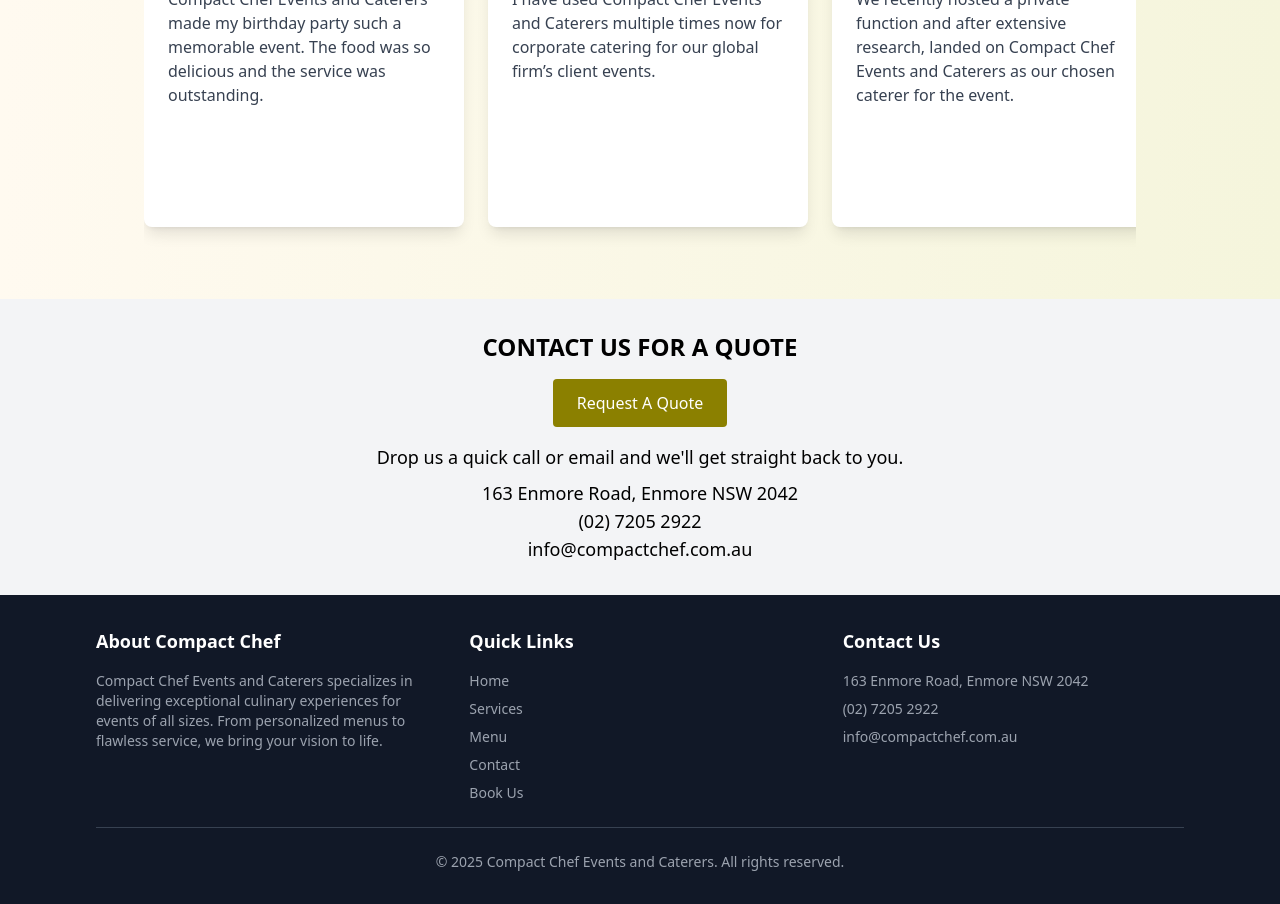
Repository: makanda596/compactchef
Page: /
The author's editor kept a copy of each file at every save. The page is drawn from the files as they stood at one save, then again after the next save.
The browser window is 1280 px wide. The pictures show the part of the page from y = 3001 to 3953 px (the page is 3905 px tall before and 3953 px after).
The project was rebuilt for these pictures with package versions that can differ from the ones it lists, and the page was loaded fresh each time. Also part of the build but not shown: src/pages/Services.jsx, src/pages/Menu.jsx, src/pages/Contact.jsx, src/pages/Book.jsx.

Above is the page before, as saved 2025-01-08 15:19:39.

### public/index.html
<!DOCTYPE html>
<html lang="en">
  <head>
    <meta charset="utf-8" />
    <link rel="icon" href="./logo.jpg" />
    <meta name="viewport" content="width=device-width, initial-scale=1" />

    <link rel="apple-touch-icon" href="./logo.jpg" />


    <title>CompactChef Events</title>
  </head>
  <body>
    <div id="root"></div>
  </body>
</html>

### src/pages/Home.jsx
import React from 'react'
import Hero from '../components/Hero.jsx'
import Client from '../components/Client.jsx'
import About from '../components/About.jsx'
import Reviews from '../components/Reviews.jsx'
import Footer from '../components/Footer.jsx'
import Navbar from '../components/Navbar.jsx'
function Home() {
    return (
        <div>
            <Navbar />
            <Hero />
            <Client />
            <About />
            <Footer />
        </div>
    )
}

export default Home

### src/components/Navbar.jsx
import React, { useState } from "react";
import logo from '../assets/logo.jpg'
const Navbar = () => {
    const [isOpen, setIsOpen] = useState(false);

    return (
        <nav className="bg-gold shadow-lg fixed top-0 z-50 w-full">
            <div className="container mx-auto px-4 flex justify-between items-center h-16">

                <div className="text-white font-bold text-2xl flex space-x-4">
                    <img src={logo} alt="" className="w-10 rounded-lg object-cover" />
                    <p>Compact Chefs</p></div>

                <div className="lg:hidden">
                    <button
                        onClick={() => setIsOpen(!isOpen)}
                        className="text-white focus:outline-none"
                    >
                        <svg
                            className="w-6 h-6"
                            xmlns="http://www.w3.org/2000/svg"
                            fill="none"
                            viewBox="0 0 24 24"
                            stroke="currentColor"
                        >
                            {isOpen ? (
                                <path
                                    strokeLinecap="round"
                                    strokeLinejoin="round"
                                    strokeWidth="2"
                                    d="M6 18L18 6M6 6l12 12"
                                />
                            ) : (
                                <path
                                    strokeLinecap="round"
                                    strokeLinejoin="round"
                                    strokeWidth="2"
                                    d="M4 6h16M4 12h16M4 18h16"
                                />
                            )}
                        </svg>
                    </button>
                </div>

                {/* Links for Desktop */}
                <div className="hidden lg:flex space-x-6">
                    <a href="/" className="text-white hover:underline">
                        Home
                    </a>
                    <a href="services" className="text-white hover:underline">
                        Services
                    </a>
                    <a href="menu" className="text-white hover:underline">
                        Menu
                    </a>
                    <a href="contact" className="text-white hover:underline">
                        Contact
                    </a>
                    <a href="book" className="text-white hover:underline">
                        Book Us
                    </a>
                </div>
            </div>

            {/* Mobile Menu */}
            {isOpen && (
                <div className="lg:hidden bg-orange-400">
                    <a
                        href="/"
                        className="block py-2 px-4 text-white hover:bg-orange-300"
                    >
                        Home
                    </a>
                    <a
                        href="services"
                        className="block py-2 px-4 text-white hover:bg-orange-300"
                    >
                        Services
                    </a>
                    <a
                        href="menu"
                        className="block py-2 px-4 text-white hover:bg-orange-300"
                    >
                        Menu
                    </a>
                    <a
                        href="contact"
                        className="block py-2 px-4 text-white hover:bg-orange-300"
                    >
                        Contact
                    </a>
                    <a
                        href="book"
                        className="block py-2 px-4 text-white hover:bg-orange-300"
                    >
                        Book Us
                    </a>
                </div>
            )}
        </nav>
    );
};

export default Navbar;

### src/components/Hero.jsx
import React from 'react';
import event from '../assets/event.jpg'
import { motion } from "framer-motion";
function Hero() {

    const herofiles = [
        {
            id: 1,
        },
        {
            id: 1,
            img: "https://res.cloudinary.com/db5pgr14l/image/upload/v1736261948/compactChef/jexwbm6cu6letodrhwga.jpg"
        },
        {
            id: 1,
            img: "https://res.cloudinary.com/db5pgr14l/image/upload/v1736261950/compactChef/pmne88kacyveovx5736t.jpg"
        },
        {
            id: 1,
        }
        ,
        {
            id: 1,
            img: event
        },
        {
            id: 1,
        },
        {
            id: 1,
        },


    ]

    return (

        <div className="grid md:grid-cols-2 gap-4 my-2 px-2 pt-20">
            <div className="relative flex flex-col h-screen">
                <img src="https://res.cloudinary.com/db5pgr14l/image/upload/v1736261950/compactChef/qpq1t8gpht4m4uktjvhd.jpg" alt="Hero" className="object-cover w-full h-full" />
                <div className="absolute top-0 left-0 w-full h-full bg-yellow-500 bg-opacity-20 flex flex-col justify-center items-center text-white p-8">
                    <h1 className="text-4xl font-bold text-center text-white">COMPACT CHEFS EVENTS AND CATERERS</h1>
                    <p className="mt-4 text-3xl text-center">Where your food speaks for your taste</p>
                    <button className="mt-6 bg-orange-500 px-6 py-2 rounded text-white-500 hover:bg-gray-700">BOOK WITH US</button>
                </div>
            </div>

            <div className="gap-4 p-12">
                <div className="grid grid-cols-4 gap-4 mb-4">
                    {herofiles.slice(0, 4).map((item, index) => (
                        <motion.img
                            src={item.img}
                            alt=""
                            key={index}
                            className="h-64 w-full rounded-lg object-cover"
                            initial={{ opacity: 0 }}  // Starts with 0 opacity
                            animate={{ opacity: 1 }}   // Fades in to 1 opacity
                            transition={{ duration: 0.8, delay: index * 0.2 }}  // Staggered fade-in
                        />
                    ))}
                </div>

                <div className="grid grid-cols-3 gap-4 mb-4">
                    {herofiles.slice(4, 7).map((item, index) => (
                        <motion.img
                            src={item.img}
                            alt=""
                            key={index}
                            className="h-64 w-full rounded-lg object-cover"
                            initial={{ opacity: 0 }}  // Starts with 0 opacity
                            animate={{ opacity: 1 }}   // Fades in to 1 opacity
                            transition={{ duration: 0.8, delay: index * 0.2 }}  // Staggered fade-in
                        />
                    ))}
                </div>
            </div>
            );

        </div>
    )
}
export default Hero;

### src/components/Client.jsx
import React from 'react'

import hero from '../assets/hero.jpg';
import event from '../assets/event.jpg'
import cake from '../assets/cake.jpg'
function Client() {
    const clients = [
        {
            id: 1,
            img: hero,
            name: 'organization'
        },
        {
            id: 1,
            img: cake,
            name: 'organization'

        },
        {
            id: 1,
            img: event,
            name: 'organization'

        },
        {
            id: 1,
            img: hero,
            name: 'organization'

        }
        ,
        {
            id: 1,
            img: event,
            name: 'organization'

        },
        {
            id: 1,
            img: hero,


        },
        {
            id: 1,
            img: hero
        },


    ]
    return (
        <div className="px-4 py-0">
            <div className="overflow-hidden">
                <div className="flex animate-slide  ">
                    {clients.map((client, index) => (
                        <div key={index} className=" flex-row  justify-items-center mx-2 ">
                            <img
                                src={client.img}
                                alt={client.name}
                                className="h-20 w-20 rounded-full object-cover"
                            />
                            <p className="ml-4 text-lg ">{client.name}</p>
                        </div>
                    ))}
                </div>
            </div>
        </div>

    )
}

export default Client

### src/components/Reviews.jsx
import React from 'react';

const reviews = [
    {
        name: "Lucy Yaffa",
        date: "2023-12-11",
        rating: "★★★★★",
        review: "Compact Chef Events and Caterers made my birthday party such a memorable event. The food was so delicious and the service was outstanding."
    },
    {
        name: "Michelle Buse",
        date: "2023-10-15",
        rating: "★★★★★",
        review: "I have used Compact Chef Events and Caterers multiple times now for corporate catering for our global firm’s client events. "
    },
    {
        name: "Entain Events",
        date: "2023-09-27",
        rating: "★★★★★",
        review: "We recently hosted a private function and after extensive research, landed on Compact Chef Events and Caterers as our chosen caterer for the event."
    },
    {
        name: "John Doe",
        date: "2023-08-21",
        rating: "★★★★★",
        review: "Fantastic experience with Compact Chef Events and Caterers! They provided an excellent selection of dishes for our wedding. "
    },
    {
        name: "Sarah Bell",
        date: "2023-07-14",
        rating: "★★★★★",
        review: "Compact Chef Events and Caterers’ catering service for our company retreat was top-notch! Everything from the food to the service was perfect. Florencia was a pleasure to work with, and she helped customize the menu to fit our needs.",
    },
    {
        name: "Chris Brown",
        date: "2023-05-30",
        rating: "★★★★★",
        review: "The team at Compact Chef Events and Caterers catered our charity event and exceeded all expectations. The food was divine and the service was impeccable. We truly appreciate their professionalism and would not hesitate to hire them for future events.",
    }
];

const Review = () => {
    return (
        <div className="bg-gradient-to-r from-[#fffaf0] to-[#f5f5dc] py-12">
            <div className="max-w-5xl mx-auto px-4">
                <h2 className="text-3xl font-bold text-center text-[#8b8000] mb-8">What Our Clients Say</h2>

                {/* Horizontal scrollable container */}
                <div className="flex space-x-6 overflow-x-auto pb-6">
                    {reviews.map((review, index) => (
                        <div
                            key={index}
                            className="bg-white p-6 rounded-lg shadow-lg hover:shadow-2xl transition-shadow duration-300 transform hover:scale-105 flex-shrink-0 w-80"
                        >
                            <div className="flex items-center space-x-4 mb-4">
                                <div className="w-12 h-12 bg-gray-200 rounded-full flex items-center justify-center text-xl font-bold text-[#8b8000]">
                                    {review.name[0]}
                                </div>
                                <div>
                                    <h3 className="text-lg font-semibold text-[#8b8000]">{review.name}</h3>
                                    <p className="text-sm text-gray-600">{review.date}</p>
                                </div>
                            </div>
                            <div className="flex items-center space-x-2 mb-4">
                                <p className="text-yellow-500 text-lg">{review.rating}</p>
                            </div>
                            <p className="mt-4 text-gray-700">{review.review}</p>
                        </div>
                    ))}
                </div>
            </div>
        </div>
    );
};

export default Review;

### src/components/Footer.jsx
import React from 'react';

const Footer = () => {
    return (
        <footer className="bg-gray-900 text-white py-8">
            <div className="max-w-6xl mx-auto px-4 sm:px-6 lg:px-8">
                {/* Top Section */}
                <div className="grid grid-cols-1 md:grid-cols-3 gap-8">
                    {/* About Section */}
                    <div>
                        <h3 className="text-lg font-semibold mb-4">About Compact Chef</h3>
                        <p className="text-sm text-gray-400">
                            Compact Chef Events and Caterers specializes in delivering exceptional culinary experiences for events of all sizes. From personalized menus to flawless service, we bring your vision to life.
                        </p>
                    </div>

                    {/* Navigation Links */}
                    <div>
                        <h3 className="text-lg font-semibold mb-4">Quick Links</h3>
                        <ul className="text-sm text-gray-400 space-y-2">
                            <li>
                                <a href="#home" className="hover:text-white transition-colors">Home</a>
                            </li>
                            <li>
                                <a href="#services" className="hover:text-white transition-colors">Services</a>
                            </li>
                            <li>
                                <a href="#menu" className="hover:text-white transition-colors">Menu</a>
                            </li>
                            <li>
                                <a href="#contact" className="hover:text-white transition-colors">Contact</a>
                            </li>
                            <li>
                                <a href="#book" className="hover:text-white transition-colors">Book Us</a>
                            </li>
                        </ul>
                    </div>

                    {/* Contact Info */}
                    <div>
                        <h3 className="text-lg font-semibold mb-4">Contact Us</h3>
                        <ul className="text-sm text-gray-400 space-y-2">
                            <li>163 Enmore Road, Enmore NSW 2042</li>
                            <li>(02) 7205 2922</li>
                            <li>info@compactchef.com.au</li>
                        </ul>
                        <div className="flex space-x-4 mt-4">
                            <a href="#" aria-label="Facebook" className="hover:text-white transition-colors">
                                <i className="fab fa-facebook-f"></i>
                            </a>
                            <a href="#" aria-label="Instagram" className="hover:text-white transition-colors">
                                <i className="fab fa-instagram"></i>
                            </a>
                            <a href="#" aria-label="Twitter" className="hover:text-white transition-colors">
                                <i className="fab fa-twitter"></i>
                            </a>
                        </div>
                    </div>
                </div>

                {/* Divider */}
                <div className="border-t border-gray-700 my-6"></div>

                {/* Bottom Section */}
                <div className="text-center text-sm text-gray-400">
                    &copy; {new Date().getFullYear()} Compact Chef Events and Caterers. All rights reserved.
                </div>
            </div>
        </footer>
    );
};

export default Footer;

Loaded but not shown: src/index.js (common file); src/index.css (common file); src/reportWebVitals.js (common file); src/App.js (28 lines, source omitted); tailwind.config.js (25 lines, source omitted); src/components/About.jsx (206 lines, source omitted)

After the next save:
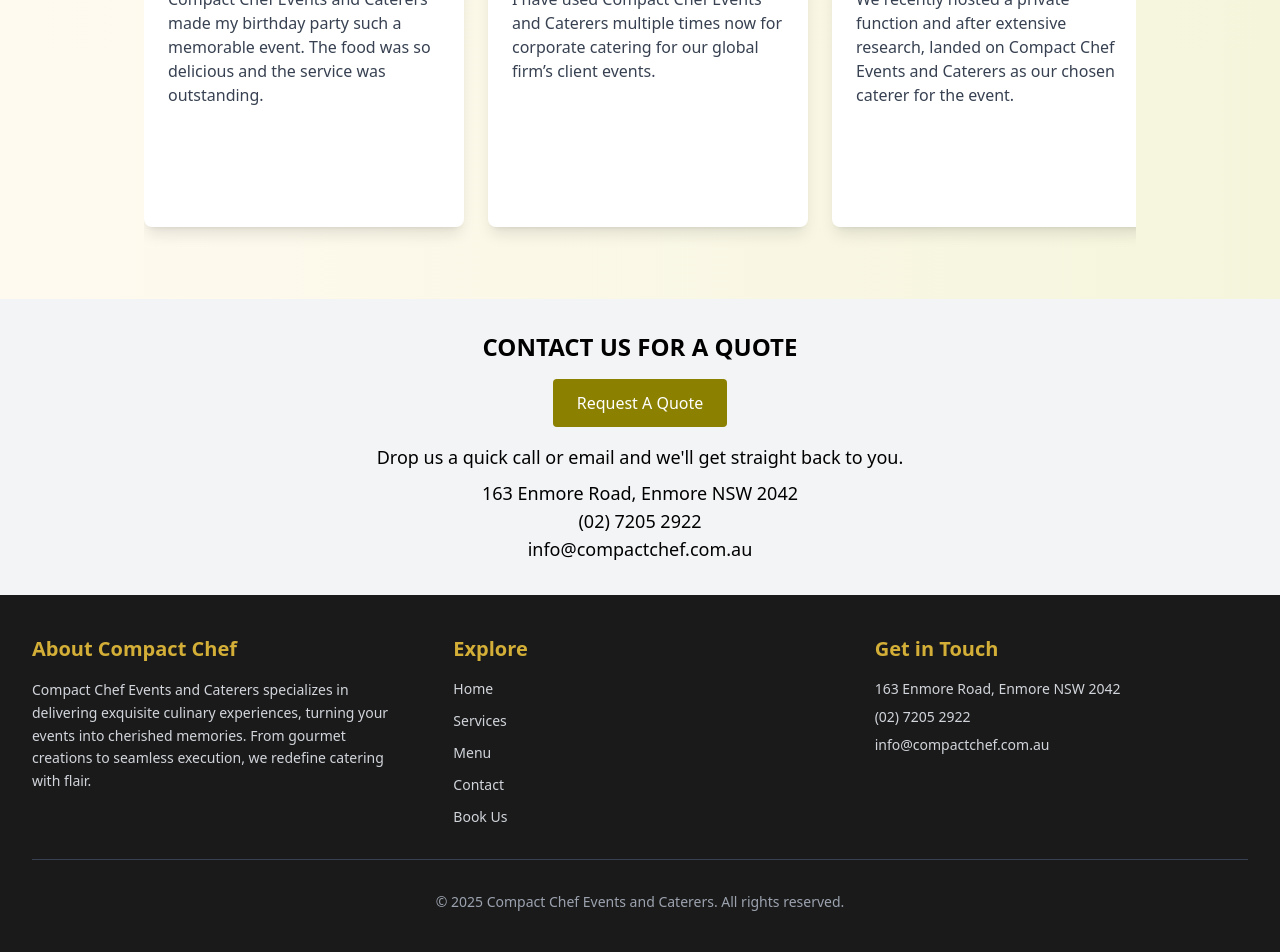
Saved 7 min 32 s later.
--- a/src/components/Footer.jsx
+++ b/src/components/Footer.jsx
@@ -2,56 +2,56 @@ import React from 'react';
 
 const Footer = () => {
     return (
-        <footer className="bg-gray-900 text-white py-8">
-            <div className="max-w-6xl mx-auto px-4 sm:px-6 lg:px-8">
+        <footer className="bg-[#1a1a1a] text-white py-10">
+            <div className="max-w-7xl mx-auto px-6 sm:px-8">
                 {/* Top Section */}
-                <div className="grid grid-cols-1 md:grid-cols-3 gap-8">
+                <div className="grid grid-cols-1 md:grid-cols-3 gap-12">
                     {/* About Section */}
                     <div>
-                        <h3 className="text-lg font-semibold mb-4">About Compact Chef</h3>
-                        <p className="text-sm text-gray-400">
-                            Compact Chef Events and Caterers specializes in delivering exceptional culinary experiences for events of all sizes. From personalized menus to flawless service, we bring your vision to life.
+                        <h3 className="text-xl font-bold text-[#d4af37] mb-4">About Compact Chef</h3>
+                        <p className="text-sm text-gray-300 leading-relaxed">
+                            Compact Chef Events and Caterers specializes in delivering exquisite culinary experiences, turning your events into cherished memories. From gourmet creations to seamless execution, we redefine catering with flair.
                         </p>
                     </div>
 
                     {/* Navigation Links */}
                     <div>
-                        <h3 className="text-lg font-semibold mb-4">Quick Links</h3>
-                        <ul className="text-sm text-gray-400 space-y-2">
+                        <h3 className="text-xl font-bold text-[#d4af37] mb-4">Explore</h3>
+                        <ul className="text-sm text-gray-300 space-y-3">
                             <li>
-                                <a href="#home" className="hover:text-white transition-colors">Home</a>
+                                <a href="#home" className="hover:text-[#d4af37] transition-colors">Home</a>
                             </li>
                             <li>
-                                <a href="#services" className="hover:text-white transition-colors">Services</a>
+                                <a href="#services" className="hover:text-[#d4af37] transition-colors">Services</a>
                             </li>
                             <li>
-                                <a href="#menu" className="hover:text-white transition-colors">Menu</a>
+                                <a href="#menu" className="hover:text-[#d4af37] transition-colors">Menu</a>
                             </li>
                             <li>
-                                <a href="#contact" className="hover:text-white transition-colors">Contact</a>
+                                <a href="#contact" className="hover:text-[#d4af37] transition-colors">Contact</a>
                             </li>
                             <li>
-                                <a href="#book" className="hover:text-white transition-colors">Book Us</a>
+                                <a href="#book" className="hover:text-[#d4af37] transition-colors">Book Us</a>
                             </li>
                         </ul>
                     </div>
 
-                    {/* Contact Info */}
+                    {/* Contact Section */}
                     <div>
-                        <h3 className="text-lg font-semibold mb-4">Contact Us</h3>
-                        <ul className="text-sm text-gray-400 space-y-2">
+                        <h3 className="text-xl font-bold text-[#d4af37] mb-4">Get in Touch</h3>
+                        <ul className="text-sm text-gray-300 space-y-2">
                             <li>163 Enmore Road, Enmore NSW 2042</li>
                             <li>(02) 7205 2922</li>
                             <li>info@compactchef.com.au</li>
                         </ul>
                         <div className="flex space-x-4 mt-4">
-                            <a href="#" aria-label="Facebook" className="hover:text-white transition-colors">
+                            <a href="#" aria-label="Facebook" className="text-[#d4af37] hover:opacity-80">
                                 <i className="fab fa-facebook-f"></i>
                             </a>
-                            <a href="#" aria-label="Instagram" className="hover:text-white transition-colors">
+                            <a href="#" aria-label="Instagram" className="text-[#d4af37] hover:opacity-80">
                                 <i className="fab fa-instagram"></i>
                             </a>
-                            <a href="#" aria-label="Twitter" className="hover:text-white transition-colors">
+                            <a href="#" aria-label="Twitter" className="text-[#d4af37] hover:opacity-80">
                                 <i className="fab fa-twitter"></i>
                             </a>
                         </div>
@@ -59,11 +59,13 @@ const Footer = () => {
                 </div>
 
                 {/* Divider */}
-                <div className="border-t border-gray-700 my-6"></div>
+                <div className="border-t border-gray-700 my-8"></div>
 
                 {/* Bottom Section */}
-                <div className="text-center text-sm text-gray-400">
-                    &copy; {new Date().getFullYear()} Compact Chef Events and Caterers. All rights reserved.
+                <div className="text-center">
+                    <p className="text-sm text-gray-400">
+                        &copy; {new Date().getFullYear()} Compact Chef Events and Caterers. All rights reserved.
+                    </p>
                 </div>
             </div>
         </footer>
